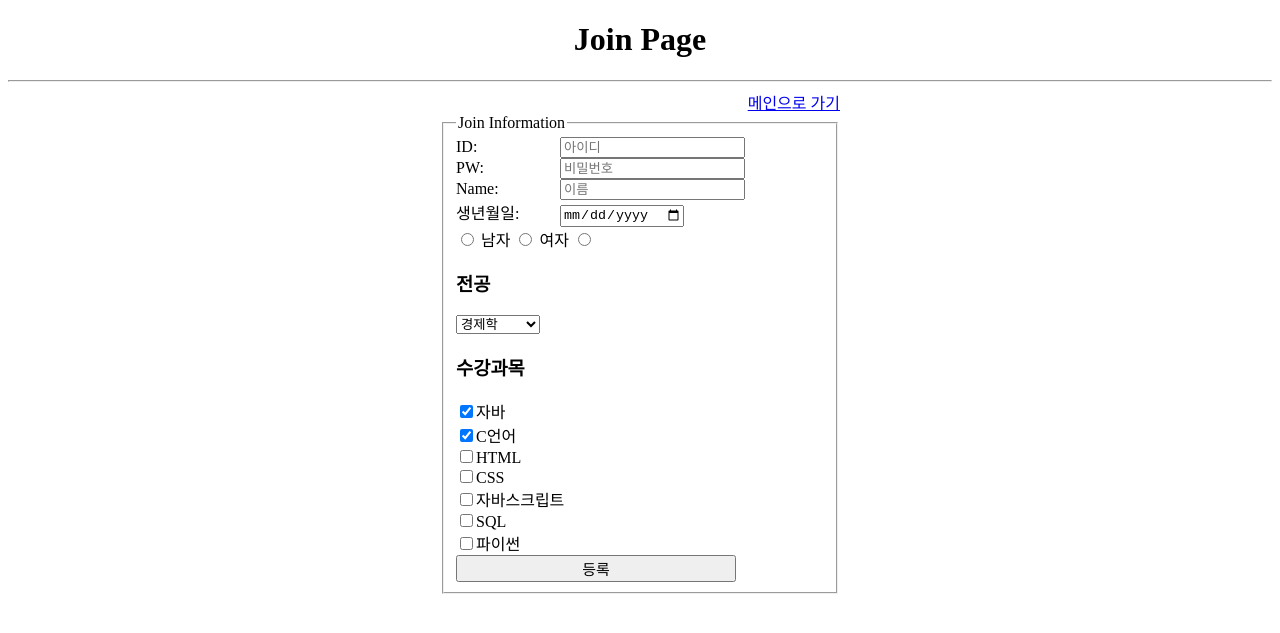
Repository: ByeonYJ/CSSTest
Page: GMSUI/WebContent/member/join.html
The author's editor kept a copy of each file at every save. The page is drawn from the files as they stood at one save, then again after the next save.
The browser window is 1280 px wide. The pictures show the whole page.

Above is the page before, as saved 2017-07-20 03:28:09.

### GMSUI/WebContent/member/join.html
<!DOCTYPE html>
<html>
<head>
<meta charset="UTF-8">
<title>Insert title here</title>
<style>
.text-center{text-align: center;}
.border-black{border: 1px solid black;}
.width-30pro{width:30%}
.text-deco-none{text-decoration: none;}
.table-border{border-collapse: collapse;}
.margin-auto{margin:0 auto;}
.list-none{list-style-type:none;}
.inline-block{display:inline-block}
.bgcolor-yellow{background-color:yellow;}
.bgcolor-red{background-color:red;}
.bgcolor-blue{background-color:blue;}
.float-right{float:right}
</style>
</head>
<body>
<div id="wrapper" class="width-100pro">
<h1 style="text-align: center;">Join Page</h1>
<hr/>
<div id="container" class="margin-auto" style=" width: 400px">
<a href="..index.html"class="float-right">메인으로 가기</a><br/>
</div>
<div id="container" class="margin-auto" style="width: 400px">
	<form id="join_form "action="">
		<fieldset>
		<legend>Join Information</legend>
			<span style="width: 100px; display: inline-block;">ID: </span>
			<input name="id" type="text" placeholder="아이디" /><br />
			<span style="width: 100px; display: inline-block;">PW: </span>
			<input name="password" type="password" placeholder="비밀번호"/><br />
			<span style="width: 100px; display: inline-block;">Name: </span>
			<input name="name" type="text" placeholder="이름"/><br />
			<span style="width: 100px; display: inline-block;">생년월일: </span>
			<input name="birthday" type="date" placeholder="생년월일"/><br />
			<input type="radio" name="gender" value="male"/> 남자
			<input type="radio" name="gender" value="female"/> 여자
			<input type="radio" name="gender" value="female"/>
			<br />
			<h3>전공</h3>
			<select name=major"" id="">
				<option value="computer" >컴퓨터공학</option>
				<option value="economics" selected="selected">경제학</option>
				<option value="tourism">관광학</option>
				<option value="art">미술학</option>
			</select><br />
			<h3>수강과목</h3>
			<input type="checkbox" name="subject" value="java" checked/>자바<br />
			<input type="checkbox" name="subject" value="c" checked/>C언어<br />
			<input type="checkbox" name="subject" value="html"/>HTML<br />
			<input type="checkbox" name="subject" value="css"/>CSS<br />
			<input type="checkbox" name="subject" value="javascript"/>자바스크립트<br />
			<input type="checkbox" name="subject" value="sql"/>SQL<br />
			<input type="checkbox" name="subject" value="python"/>파이썬<br />
			<input type="submit" value="등록" style="bgcolor-blue color: white; font-size: 15px; width: 280px;/>
			<input type="reset" value="취소" style="bgcolor-red color: white; font-size: 15px; width: 280px;"/>
		</fieldset>
	</form>
</div>
</div>
</body>
</html>

After the next save:
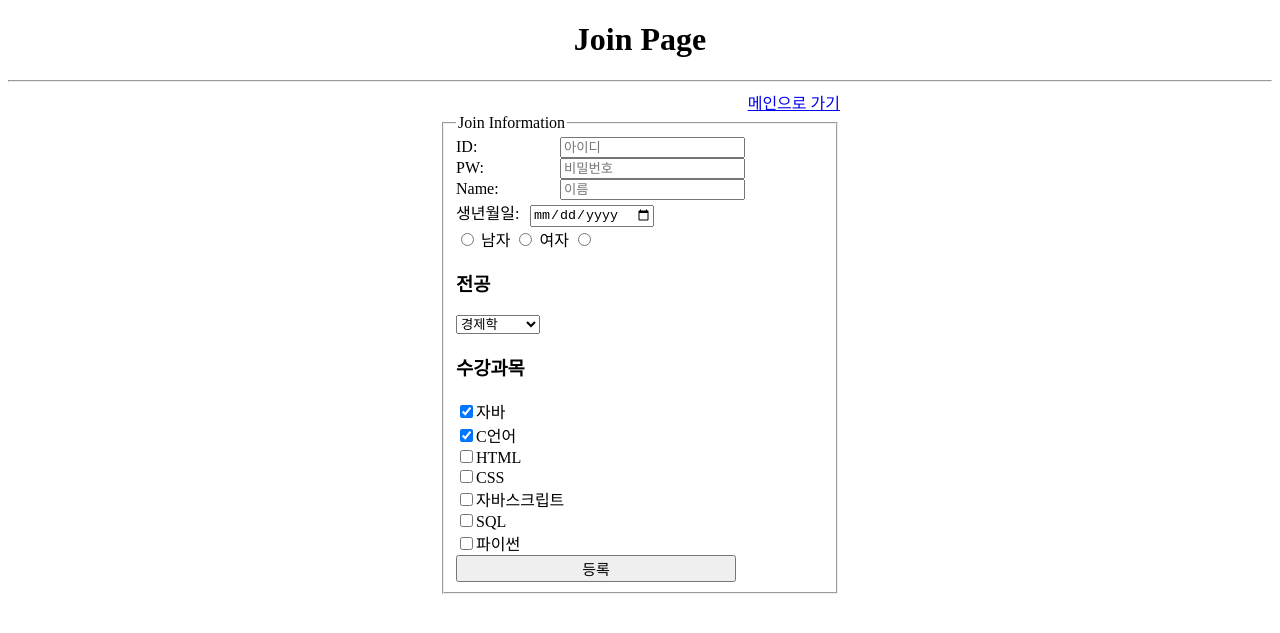
Saved 36 s later.
--- a/GMSUI/WebContent/member/join.html
+++ b/GMSUI/WebContent/member/join.html
@@ -35,7 +35,7 @@
 			<input name="password" type="password" placeholder="비밀번호"/><br />
 			<span style="width: 100px; display: inline-block;">Name: </span>
 			<input name="name" type="text" placeholder="이름"/><br />
-			<span style="width: 100px; display: inline-block;">생년월일: </span>
+			<span style="width: 70px; display: inline-block;">생년월일: </span>
 			<input name="birthday" type="date" placeholder="생년월일"/><br />
 			<input type="radio" name="gender" value="male"/> 남자
 			<input type="radio" name="gender" value="female"/> 여자
